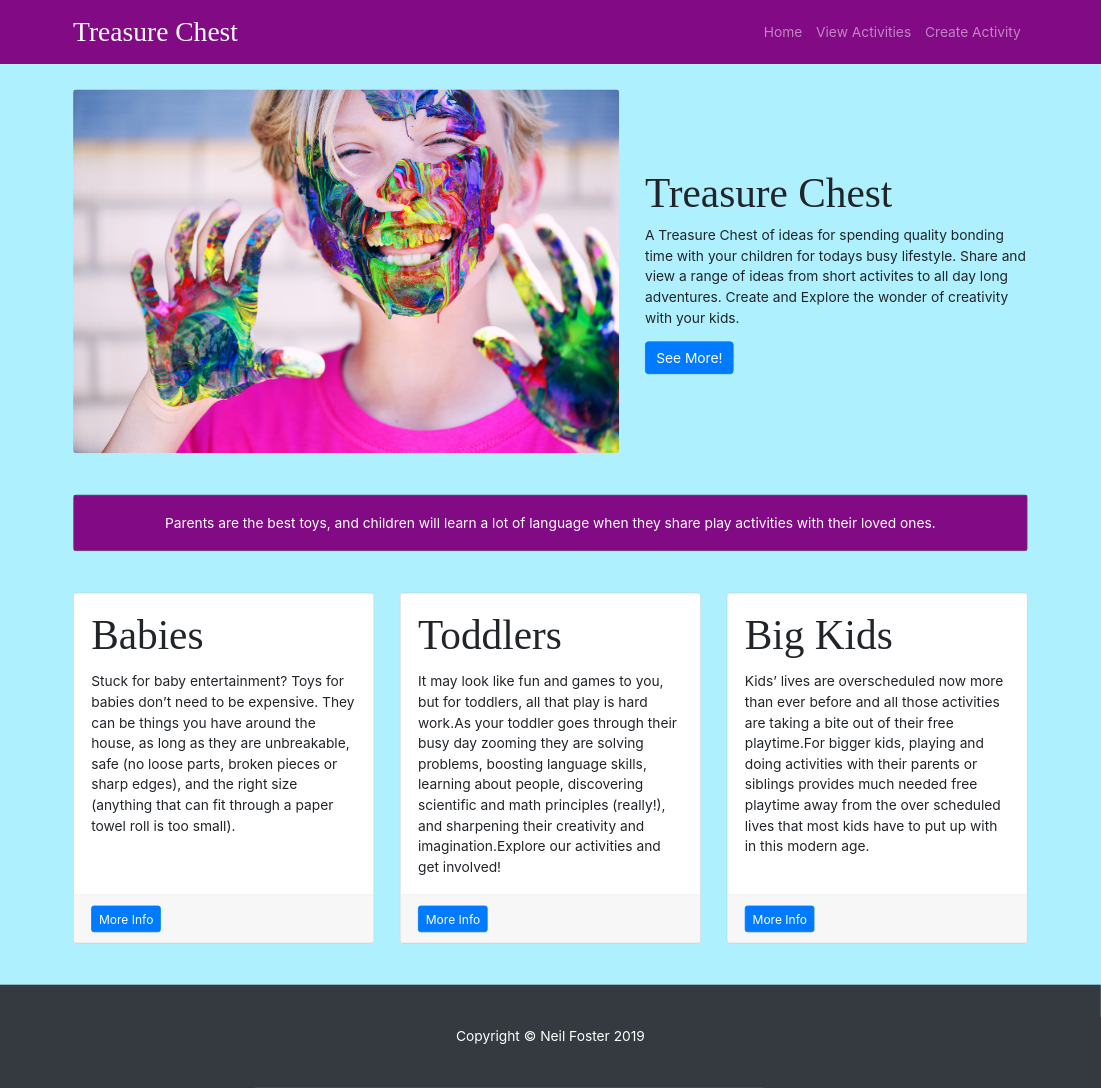
Repository: Neilfoster/milestone_project_3
Page: http://localhost/
The author's editor kept a record of every edit. The page is drawn from the files as they stood at one moment, then again after the next edit.
The browser window is 1280 px wide. The pictures show the whole page, at 86% of full size.
Some web fonts or font styles are not loaded; a fallback is used. Some web libraries are served in a nearby version. The page is served by the project's application, run on Flask 3 (app.py). Queries for data that is not in the repository find no rows.

Above is the page before.

### templates/home.html
{% extends "base.html" %} {% block content %}

<!-- Page Content -->
<div class="container">

  <!-- Heading Row -->
  <div class="row align-items-center my-5">
    <div class="col-lg-7">
      <img class="img-fluid rounded mb-4 mb-lg-0" src="static/images/main-img.jpg" alt="kid with paint">
    </div>
    <div class="col-lg-5">
      <h1 class="font-weight-light home_title">Treasure Chest</h1>
      <p>
        A Treasure Chest of ideas for spending quality bonding time with your children
        for todays busy lifestyle. Share and view a range of ideas from short activites to
        all day long adventures. Create and Explore the wonder of creativity with your kids.
      </p>
      <a class="btn btn-primary" href="{{url_for('activity_view')}}">See More!</a>
    </div>
  </div>


  <!-- Call to Action-->
  <div class="card text-white bg-secondary my-5 text-center">
    <div class="card-body cstm_jumb_home">
      <p class="text-white m-0">
        Parents are the best toys, and children will learn
        a lot of language when they share play activities with their loved ones.
      </p>
    </div>
  </div>

  <!-- Content Row -->

  <div class="row">
    <div class="col-md-4 mb-5">
      <div class="card h-100">
        <div class="card-body">
          <h2 class="card-title home_title">Babies</h2>
          <p class="card-text">
            Stuck for baby entertainment? Toys for babies don’t need to be expensive.
            They can be things you have around the house, as long as they are unbreakable,
            safe (no loose parts, broken pieces or sharp edges), and the right size
            (anything that can fit through a paper towel roll
            is too small).</p>
        </div>
        <div class="card-footer">
          <a href="{{url_for('activity_view')}}" class="btn btn-primary btn-sm">More Info</a>
        </div>
      </div>
    </div>
    <!-- /.col-md-4 -->
    <div class="col-md-4 mb-5">
      <div class="card h-100">
        <div class="card-body">
          <h2 class="card-title home_title">Toddlers</h2>
          <p class="card-text">It may look like fun and games to you, but for toddlers,
             all that play is hard work.As your toddler goes through their busy day zooming
             they are solving problems, boosting language skills, learning about people,
             discovering scientific and math principles (really!), and sharpening their
             creativity and imagination.Explore our activities and get involved!</p>
        </div>
        <div class="card-footer">
          <a href="{{url_for('activity_view')}}" class="btn btn-primary btn-sm">More Info</a>
        </div>
      </div>
    </div>
    <!-- /.col-md-4 -->
    <div class="col-md-4 mb-5">
      <div class="card h-100">
        <div class="card-body">
          <h2 class="card-title home_title">Big Kids</h2>
          <p class="card-text">Kids’ lives are overscheduled now more than ever before and
             all those activities are taking a bite out of their free playtime.For bigger
             kids, playing and doing activities with their parents or siblings provides much
             needed free playtime away from the over scheduled lives that most kids have to
             put up with in this modern age.</p>
        </div>
        <div class="card-footer">
          <a href="{{url_for('activity_view')}}" class="btn btn-primary btn-sm">More Info</a>
        </div>
      </div>
    </div>
    <!-- /.col-md-4 -->

  </div>
  <!-- /.row -->

</div>
<!-- /.container -->

{% endblock %}
</body>

</html>

### templates/base.html
<!DOCTYPE html>
<html lang="en">

<head>

  <meta charset="utf-8">
  <meta name="viewport" content="width=device-width, initial-scale=1, shrink-to-fit=no">
  <meta name="description" content="">
  <meta name="author" content="">

  <title>Treasure Chest</title>

  <!-- Bootstrap core CSS -->
  <link href="static/css/bootstrap.min.css" rel="stylesheet">

  <!-- CDN for Bootstrap core CSS -->
  <!-- <link rel="stylesheet" href="https://stackpath.bootstrapcdn.com/bootstrap/4.3.1/css/bootstrap.min.css" type="text/css" /> -->

  <!-- Custom styles for this template -->
  <link href="static/css/small-business.css" rel="stylesheet">

  <!-- Custom styles-->
  <link href="static/css/style.css" rel="stylesheet">

  <!-- Google Fonts-->
  <link href="https://fonts.googleapis.com/css?family=Butterfly+Kids&display=swap" rel="stylesheet">

</head>

<body>

<!-- Navigation -->
  <nav class="navbar navbar-expand-lg navbar-dark fixed-top cstmnav">
    <div class="container">
      <a class="navbar-brand nav_txt" href="{{url_for('get_activities')}}">Treasure Chest</a>
      <button class="navbar-toggler" type="button" data-toggle="collapse" data-target="#navbarResponsive" aria-controls="navbarResponsive" aria-expanded="false" aria-label="Toggle navigation">
        <span class="navbar-toggler-icon"></span>
      </button>
      <div class="collapse navbar-collapse" id="navbarResponsive" id="nav-override">
        <ul class="navbar-nav ml-auto">
          <li class="nav-item">
            <a class="nav-link" href="{{url_for('get_activities')}}">Home
            </a>
          </li>
          <li class="nav-item">
            <a class="nav-link" href="{{url_for('activity_view')}}">View Activities</a>
          </li>
          <li class="nav-item">
            <a class="nav-link" href="{{url_for('add_activity')}}">Create Activity</a>
          </li>
        </ul>
      </div>
    </div>
  </nav>

  {% block content %} {% endblock %}



<!-- Footer -->
  <footer class="py-5 bg-dark">
    <div class="container">
      <p class="m-0 text-center text-white">Copyright &copy; Neil Foster 2019</p>
    </div>
<!-- /.container -->
  </footer>

<!-- Bootstrap core JavaScript -->
  <script src="static/js/jquery.min.js"></script>
  <script src="static/js/bootstrap.bundle.min.js"></script>

<!-- Font Awesome js-->
  <script src="https://kit.fontawesome.com/8aa891fdce.js" crossorigin="anonymous"></script>
</body>

</html>

### app.py
import os
from flask import Flask, render_template, redirect, request, url_for, jsonify
from flask_pymongo import PyMongo, pymongo
from bson.objectid import ObjectId

app = Flask(__name__)
app.secret_key = os.getenv("SECRET")

# ENVIROMENT VARIABLES
app.config["MONGO_DBNAME"] = 'milestoneproject3me'
app.config["MONGO_URI"] = os.environ.get('mongo_uri')

mongo = PyMongo(app)

@app.route('/')
@app.route('/get_activities')
def get_activities():
    '''
    Route for Landing Page
    '''
    return render_template("home.html",
                            activities=mongo.db.Activities.find())


@app.route('/activity_view', methods=['POST', 'GET'])
def activity_view():
    '''
    Route For Activity page, Allows users to view all actvities,
    filterted activities and pagination
    '''
    ages = mongo.db.ages.find()
    durations = mongo.db.duration.find()

    # This will only happen if the user has selected age and duration restrictions
    if request.method == 'POST':
        user_supplied_age_group = request.form.get('age_group')
        user_supplied_activity_duration = request.form.get('activity_duration')

        activities = mongo.db.Activities.find(
               {
                'age_group': user_supplied_age_group,
                'activity_duration': user_supplied_activity_duration
               }
        )

    # This block gets executed the first time the user comes to the page.
    else:
        # Get all activities
        activities = mongo.db.Activities.find()


    return render_template('activity_view.html', ages=ages , durations=durations, activities=activities)


@app.route('/add_activity', methods=['POST', 'GET'])
def add_activity():
    '''
    Route for adding an activity
    '''
    return render_template('add_activity.html',
                            ages = mongo.db.ages.find(),
                            durations = mongo.db.duration.find())

@app.route('/insert_activity', methods=['POST'])
def insert_activity():
    '''
    Route for Activity added
    '''
    activities=mongo.db.Activities
    activities.insert_one(request.form.to_dict())
    return redirect(url_for('activity_view'))


if __name__ == "__main__":
    app.run(host=os.environ.get('IP', '0.0.0.0'),
        port=int(os.environ.get('PORT', '5000')),
        debug=False)

### static/css/style.css
/* All Pages */
body {
    background-color: #07d1ff52;
}

.cstm_select {
    border: 2px solid #820a84;
    border-radius:1%;
    margin-top:1%;
    margin-bottom: 1%;
}

/* Add Activity Page */

.forum_text {
    margin-left: 1%;
}

.my_button{
    margin-bottom: 2%;
}

.cstm_select {
    border: 2px solid #820a84;
    border-radius:1%;
    margin-top:1%;
    margin-bottom: 1%;
}

.add_forum {
     border: 2px solid #820a84;
    border-radius:1%;
}

/* Activity View Page */

.cstm_jumb{
    border: 5px solid #820a84;
    border-radius:1%;
    margin-top: 5%;
}

.crd_img {
    height: 100%;
    width: 100%;
}

.add_title {
    font-family: 'Butterfly Kids', cursive;
    font-size: 4rem;
}

.cstm_card {
    border: 2px solid #820a84;
    border-radius:1%;
    margin:1%;
}

/* Home Page */

.home_title {
    font-family: 'Butterfly Kids', cursive;
    font-size:3rem;
}

.cstm_jumb_home{
    background-color: #820a84;
}


/* Base HTML */

.nav_txt {
    font-size:2rem;
    font-family: 'Butterfly Kids', cursive;
}

.cstmnav{
    background-color: #820a84;
}

Loaded but not shown: static/css/bootstrap.min.css (library); static/css/small-business.css (common file); static/js/jquery.min.js (library); static/js/bootstrap.bundle.min.js (library)

After the next edit:
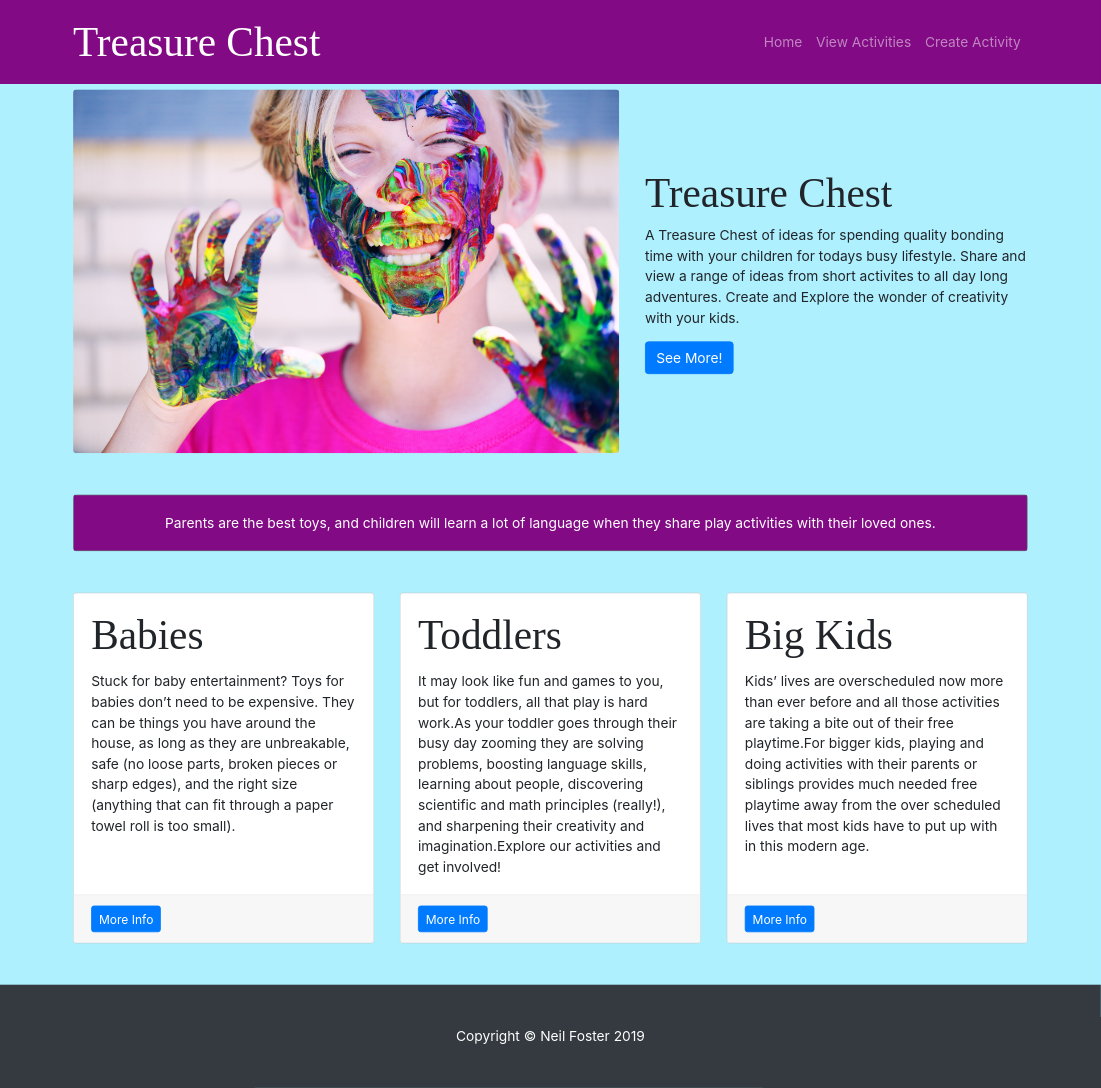
The edit:
--- a/static/css/style.css
+++ b/static/css/style.css
@@ -71,7 +71,7 @@
 /* Base HTML */
 
 .nav_txt {
-    font-size:2rem;
+    font-size:3rem;
     font-family: 'Butterfly Kids', cursive;
 }
 
